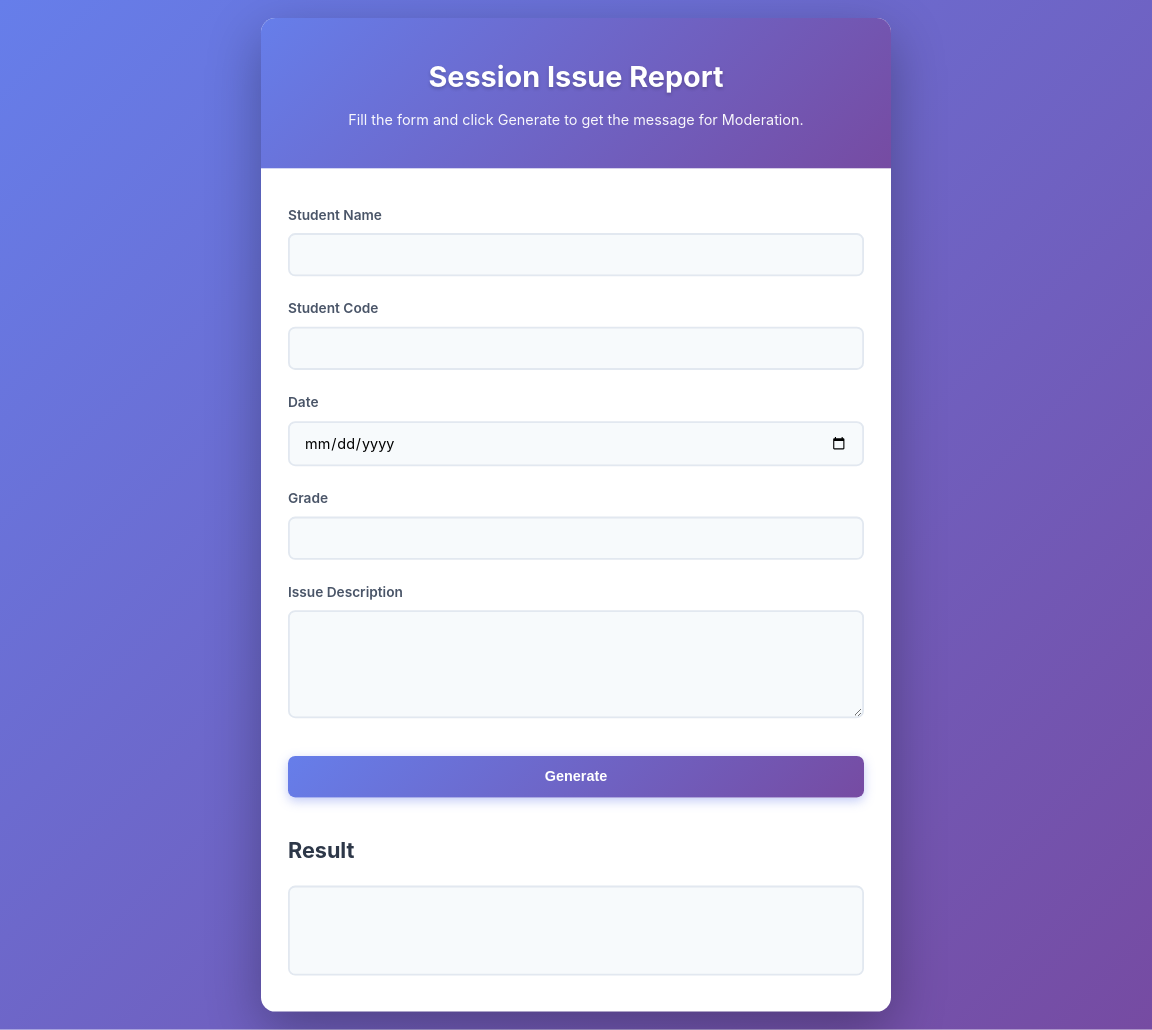
Repository: shklala/feedback-creator
Page: index.html
An editor plug-in stored every save of this project. The page is shown before and after the next save, followed by the edit.
The browser window is 1280 px wide. The pictures show the whole page, at 90% of full size.

Above is the page before, as saved 2025-11-15 18:49:47.

### index.html
<!DOCTYPE html>
<html lang="en">

<head>
    <meta charset="UTF-8" />
    <title>Session Issue Report Generator</title>
    <style>
        * {
            margin: 0;
            padding: 0;
            box-sizing: border-box;
        }

        body {
            font-family: -apple-system, BlinkMacSystemFont, 'Segoe UI', Roboto, 'Helvetica Neue', Arial, sans-serif;
            background: linear-gradient(135deg, #667eea 0%, #764ba2 100%);
            min-height: 100vh;
            padding: 20px;
            line-height: 1.6;
            color: #333;
        }

        .container {
            max-width: 700px;
            margin: 0 auto;
            background: white;
            border-radius: 16px;
            box-shadow: 0 20px 60px rgba(0, 0, 0, 0.3);
            overflow: hidden;
        }

        .header {
            background: linear-gradient(135deg, #667eea 0%, #764ba2 100%);
            color: white;
            padding: 40px 30px;
            text-align: center;
        }

        h1 {
            font-size: 2rem;
            font-weight: 700;
            margin-bottom: 10px;
            text-shadow: 0 2px 4px rgba(0, 0, 0, 0.2);
        }

        .header p {
            font-size: 1rem;
            opacity: 0.95;
            margin-top: 8px;
        }

        .content {
            padding: 40px 30px;
        }

        .field {
            margin-bottom: 24px;
        }

        label {
            display: block;
            font-weight: 600;
            margin-bottom: 8px;
            color: #4a5568;
            font-size: 0.95rem;
        }

        input,
        textarea {
            width: 100%;
            padding: 12px 16px;
            box-sizing: border-box;
            border: 2px solid #e2e8f0;
            border-radius: 8px;
            font-size: 1rem;
            font-family: inherit;
            transition: all 0.3s ease;
            background: #f7fafc;
        }

        input:focus,
        textarea:focus {
            outline: none;
            border-color: #667eea;
            background: white;
            box-shadow: 0 0 0 3px rgba(102, 126, 234, 0.1);
        }

        input:hover,
        textarea:hover {
            border-color: #cbd5e0;
        }

        textarea {
            min-height: 120px;
            resize: vertical;
        }

        button {
            width: 100%;
            padding: 14px 24px;
            background: linear-gradient(135deg, #667eea 0%, #764ba2 100%);
            color: white;
            border: none;
            border-radius: 8px;
            font-size: 1rem;
            font-weight: 600;
            cursor: pointer;
            margin-top: 10px;
            transition: all 0.3s ease;
            box-shadow: 0 4px 12px rgba(102, 126, 234, 0.4);
        }

        button:hover {
            transform: translateY(-2px);
            box-shadow: 0 6px 20px rgba(102, 126, 234, 0.5);
        }

        button:active {
            transform: translateY(0);
        }

        h2 {
            margin-top: 40px;
            margin-bottom: 16px;
            color: #2d3748;
            font-size: 1.5rem;
            font-weight: 700;
        }

        #outputBox {
            margin-top: 20px;
            border: 2px solid #e2e8f0;
            border-radius: 8px;
            padding: 20px;
            white-space: pre-wrap;
            background: #f7fafc;
            font-family: 'Courier New', monospace;
            font-size: 0.9rem;
            line-height: 1.8;
            color: #2d3748;
            min-height: 100px;
            transition: all 0.3s ease;
        }

        #outputBox:not(:empty) {
            border-color: #667eea;
            background: white;
            box-shadow: 0 0 0 3px rgba(102, 126, 234, 0.1);
        }

        @media (max-width: 768px) {
            body {
                padding: 10px;
            }

            .header {
                padding: 30px 20px;
            }

            h1 {
                font-size: 1.5rem;
            }

            .content {
                padding: 30px 20px;
            }
        }
    </style>
</head>

<body>
    <div class="container">
        <div class="header">
            <h1>Session Issue Report</h1>
            <p>Fill the form and click Generate to get the message for Moderation.</p>
        </div>

        <div class="content">
            <form id="dataForm">
                <div id="questions"></div>
                <button type="submit">Generate</button>
            </form>

            <h2>Result</h2>
            <div id="outputBox"></div>
        </div>
    </div>

    <script>
        const templateConfig = {
            title: "Moderation Issue Report",
            fields: [
                { name: "studentName", label: "Student Name", type: "text" },
                { name: "studentCode", label: "Student Code", type: "text" },
                { name: "date", label: "Date", type: "date" },
                { name: "grade", label: "Grade", type: "text" },
                { name: "issue", label: "Issue Description", type: "textarea" }
            ],
            outputTemplate: `
      @channel
Session Issue Report

Student Name: {{studentName}}
Student Code: {{studentCode}}
Date: {{date}}
Grade: {{grade}}

Issue:
{{issue}}

Please check and resolve this issue for the session.
Thank you.
`
        };

        const questionsDiv = document.getElementById("questions");

        templateConfig.fields.forEach(field => {
            const wrapper = document.createElement("div");
            wrapper.className = "field";

            const label = document.createElement("label");
            label.textContent = field.label;
            label.setAttribute("for", field.name);

            let input;

            if (field.type === "textarea") {
                input = document.createElement("textarea");
            } else {
                input = document.createElement("input");
                input.type = field.type;
            }

            input.id = field.name;
            input.name = field.name;

            wrapper.appendChild(label);
            wrapper.appendChild(input);
            questionsDiv.appendChild(wrapper);
        });

        const form = document.getElementById("dataForm");
        const outputBox = document.getElementById("outputBox");

        form.addEventListener("submit", function (e) {
            e.preventDefault();

            const formData = new FormData(form);
            let result = templateConfig.outputTemplate;

            result = result.replace(/{{(.*?)}}/g, (match, fieldName) => {
                const value = formData.get(fieldName.trim());
                return value || "(missing)";
            });

            outputBox.textContent = result.trim();
        });
    </script>

</body>

</html>

After the next save:
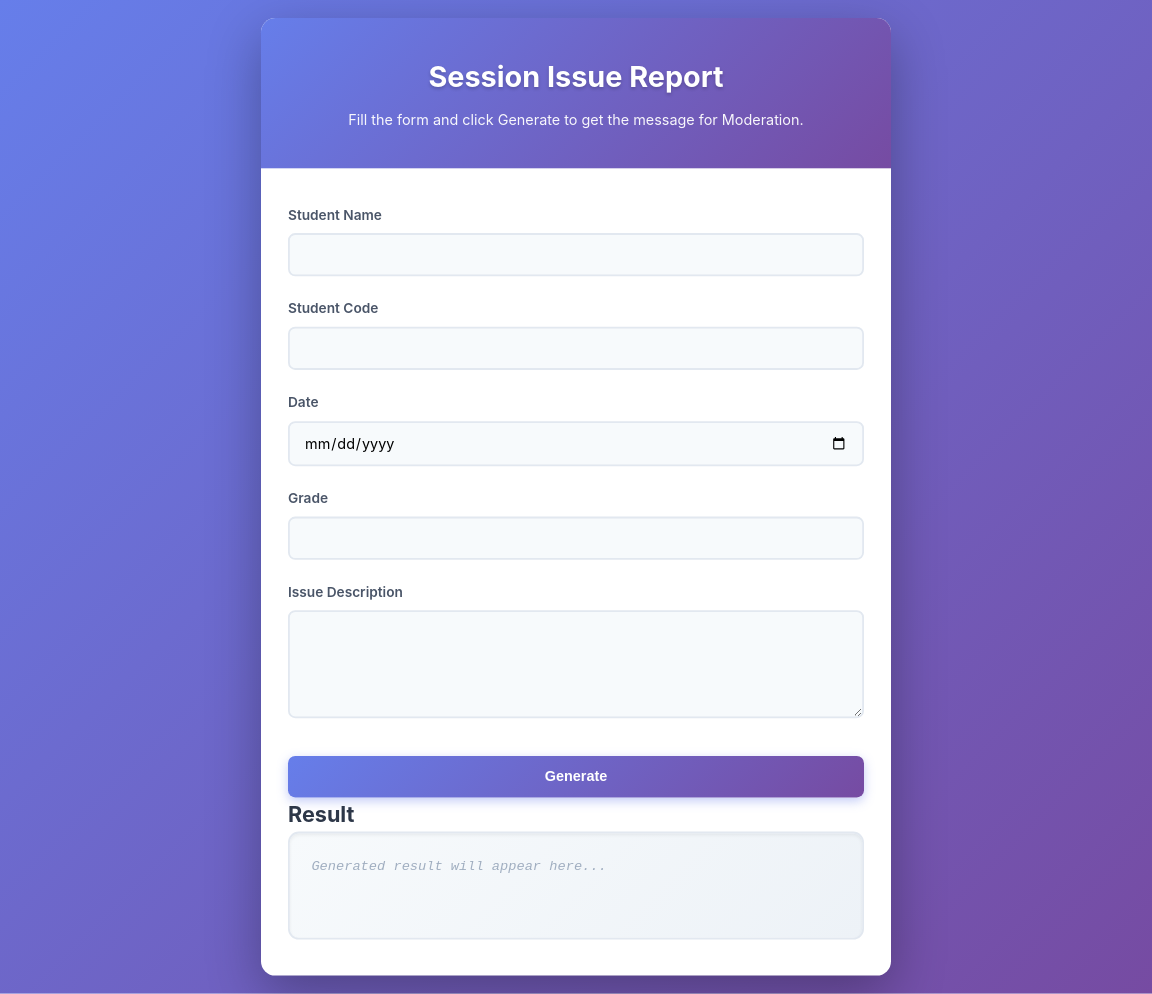
Saved 83 s later.
--- a/index.html
+++ b/index.html
@@ -120,33 +120,112 @@
             transform: translateY(0);
         }
 
+        .result-section {
+            margin-top: 40px;
+        }
+
+        .result-header {
+            display: flex;
+            justify-content: space-between;
+            align-items: center;
+            margin-bottom: 16px;
+        }
+
         h2 {
-            margin-top: 40px;
-            margin-bottom: 16px;
             color: #2d3748;
             font-size: 1.5rem;
             font-weight: 700;
+            margin: 0;
+        }
+
+        .copy-button {
+            display: flex;
+            align-items: center;
+            gap: 8px;
+            padding: 10px 16px;
+            background: linear-gradient(135deg, #667eea 0%, #764ba2 100%);
+            color: white;
+            border: none;
+            border-radius: 8px;
+            font-size: 0.9rem;
+            font-weight: 600;
+            cursor: pointer;
+            transition: all 0.3s ease;
+            box-shadow: 0 2px 8px rgba(102, 126, 234, 0.3);
+        }
+
+        .copy-button:hover {
+            transform: translateY(-2px);
+            box-shadow: 0 4px 12px rgba(102, 126, 234, 0.4);
+        }
+
+        .copy-button:active {
+            transform: translateY(0);
+        }
+
+        .copy-button.copied {
+            background: linear-gradient(135deg, #48bb78 0%, #38a169 100%);
+            box-shadow: 0 2px 8px rgba(72, 187, 120, 0.3);
+        }
+
+        .copy-icon {
+            width: 18px;
+            height: 18px;
+            fill: currentColor;
+        }
+
+        .result-wrapper {
+            position: relative;
         }
 
         #outputBox {
-            margin-top: 20px;
             border: 2px solid #e2e8f0;
-            border-radius: 8px;
-            padding: 20px;
+            border-radius: 12px;
+            padding: 24px;
             white-space: pre-wrap;
-            background: #f7fafc;
+            background: linear-gradient(135deg, #f7fafc 0%, #edf2f7 100%);
             font-family: 'Courier New', monospace;
-            font-size: 0.9rem;
+            font-size: 0.95rem;
             line-height: 1.8;
             color: #2d3748;
-            min-height: 100px;
-            transition: all 0.3s ease;
+            min-height: 120px;
+            transition: all 0.3s ease;
+            word-wrap: break-word;
+            box-shadow: inset 0 2px 4px rgba(0, 0, 0, 0.06);
         }
 
         #outputBox:not(:empty) {
             border-color: #667eea;
-            background: white;
-            box-shadow: 0 0 0 3px rgba(102, 126, 234, 0.1);
+            background: linear-gradient(135deg, #ffffff 0%, #f7fafc 100%);
+            box-shadow: 0 4px 16px rgba(102, 126, 234, 0.15), inset 0 1px 2px rgba(0, 0, 0, 0.05);
+        }
+
+        #outputBox:empty::before {
+            content: "Generated result will appear here...";
+            color: #a0aec0;
+            font-style: italic;
+        }
+
+        .copy-feedback {
+            position: absolute;
+            top: -40px;
+            right: 0;
+            background: #48bb78;
+            color: white;
+            padding: 8px 16px;
+            border-radius: 6px;
+            font-size: 0.85rem;
+            font-weight: 600;
+            opacity: 0;
+            transform: translateY(-10px);
+            transition: all 0.3s ease;
+            pointer-events: none;
+            box-shadow: 0 4px 12px rgba(72, 187, 120, 0.3);
+        }
+
+        .copy-feedback.show {
+            opacity: 1;
+            transform: translateY(0);
         }
 
         @media (max-width: 768px) {
